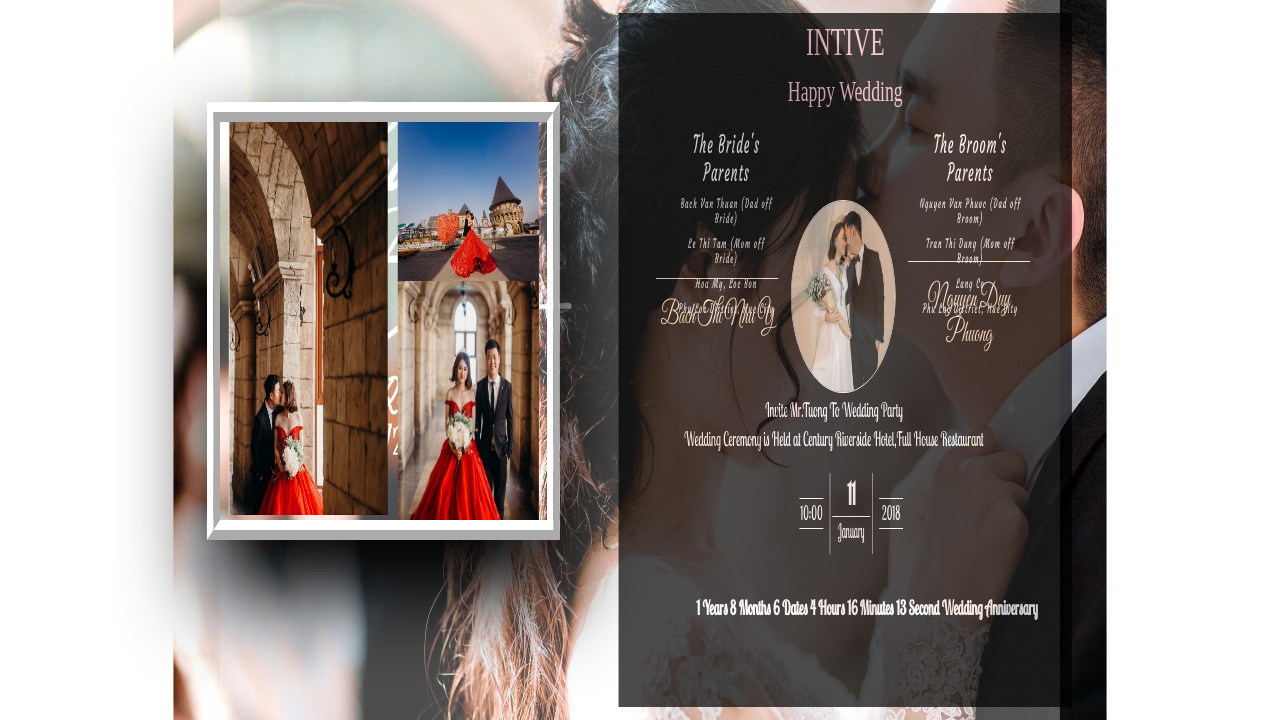
Repository: nguyenhuutuong999/WeddingOfSister
Page: index.html
An editor plug-in stored every save of this project. The page is shown before and after the next save, followed by the edit.
The browser window is 1280 px wide. The pictures show the whole page.
Some web fonts or font styles are not loaded; a fallback is used.

Above is the page before, as saved 2019-09-21 09:20:24.

### index.html
<!doctype html>
<html>

<head>
    <meta charset="utf-8">
    <meta name="viewport" content="width=device-width, initial-scale=1">
    <title>Wedding</title>

    <!-- Latest compiled and minified CSS & JS -->

    <link rel="stylesheet" href="./style.css">


    <!-- Latest compiled and minified CSS & JS -->
    <link rel="stylesheet" media="screen" href="//netdna.bootstrapcdn.com/bootstrap/3.3.4/css/bootstrap.min.css">
    <script src="//code.jquery.com/jquery.js"></script>
    <script src="//netdna.bootstrapcdn.com/bootstrap/3.3.4/js/bootstrap.min.js"></script>

    <link rel="stylesheet" href="./animate.css">
    <script type="text/javascript" src="./wow.min.js"></script>
    <script>
        new WOW().init();
    </script>

</head>


<body>
    <div id="container">
        <div id="opacity-background"></div>

        <div id="album">
            <img id="vh" name="image_vh" src="./images/vh1.jpg" class="wow fadeInLeft" data-wow-duration="1s">
            <img id="hh" name="image_hh" src="./images/hh1.jpg" class="wow fadeInRight" data-wow-duration="1s">
            <img id="s" name="image_s" src="./images/s1.jpg" class="wow fadeInUp" data-wow-duration="1s">
        </div>
        <div id="content">
            <h1 id="invite">INTIVE</h1>
            <h2 id="happy">Happy Wedding</h2>
            <div id="infor">
                <div id="bride" class="wedding">
                    <!-- // <label>Le Thi Thanh Ngan</label> -->
                    <h3>The Bride's Parents</h3>
                    <p>Bach Van Thuan (Dad off Bride)</p>
                    <p>Le Thi Tam (Mom off Bride)</p>
                    <p>Hoa My, Loc Bon</p>
                    <p>Phu Loc District, Hue City</p>

                </div>
                <div id="broom" class="wedding">
                    <!--  -->
                    <h3>The Broom's Parents</h3>
                    <p>Nguyen Van Phuoc (Dad off Broom)</p>
                    <p>Tran Thi Dung (Mom off Broom)</p>
                    <p>Lang Co</p>
                    <p>Phu Loc District, Hue City</p>

                </div>
                <!-- <canvas id="myCanvas" width="470" height="300"></canvas> -->

            </div>
            <div id="colorful">
                <h2 style="margin-left: 0px;" class="name">Bach Thi Nhu Y</h2>
                <img id="radius" src="./images/s1.jpg"  />
                <h2 style="margin-left: 0px;" class="name">Nguyen Duy Phuong</h2>
            </div>
            <div id="desc">
                <div style="color: white; position: relative; margin-top: 44%;">Invite Mr.Tuong To Wedding Party</div>
                <div id="place">Wedding Ceremony is Held at Century Riverside Hotel,Full House Restaurant</div>
                <div id="time">
                    <div id="hour" class="border1">10:00</div>
                    <div id="day-month">
                        <div id="day">11</div>
                        <div id="month">January</div>
                    </div>
                    <div id="year" class="border1">2018</div>
                </div>

            </div>
            <p id="countDown"></p>
        </div>

</body>

</html>
<script type="text/javascript">
    window.onload = function () {

        setTimeout("switchImageVH()", 5000);
        setTimeout("switchImageS()", 5000);
        setTimeout("switchImageHH()", 5000);
    }
    var current_vh = 1;
    var current_s = 1;
    var current_hh = 1;
    var num_image = 7;

    function switchImageVH() {
        current_vh++;
        document.images['image_vh'].src = './images/vh' + current_vh + '.jpg';

        if (current_vh < num_image) {
            setTimeout("switchImageVH()", 5000);

        } else if (current_vh == num_image) {

            current_vh = 1;
            setTimeout("switchImageVH()", 5000);
        }


    }
    function switchImageS() {
        current_s++;
        document.images['image_s'].src = './images/s' + current_s + '.jpg';

        if (current_s < num_image) {
            setTimeout("switchImageS()", 5000);

        } else if (current_s == num_image) {
            current_s = 1;
            setTimeout("switchImageS()", 5000);
        }
    }
    function switchImageHH() {
        current_hh++;
        document.images['image_hh'].src = './images/hh' + current_hh + '.jpg';

        if (current_hh < num_image) {
            setTimeout("switchImageHH()", 5000);

        } else if (current_hh == num_image) {
            current_hh = 1;
            setTimeout("switchImageHH()", 5000);
        }
    }

    var dateWedding = {
        year: 2018,
        month: 1,
        date: 11,
        hour: 9,
        minutes: 59,
        second: 59,
    }
    var dateAnniver = {
        year: 2018,
        month: 1,
        date: 11,
        hour: 24,
        minutes: 00,
        second: 00,
    }

    setInterval(function () {
        var today = new Date();

        // will be organization
        if (today.getFullYear() - dateWedding.year < 0) {
            if (today.getMonth() + 1 - dateWedding.month >= 0) {
                if (today.getDate() - dateWedding.date >= 0) {
                    var date = (today.getFullYear() - dateWedding.year + 1) + " Years " + (12 - (today.getMonth() + 1 - dateWedding.month) - 1) + " Months " + (30 - (today.getDate() - dateWedding.date)) + " Dates " + Math.abs((dateWedding.hour - today.getHours())) + " Hours " + Math.abs((today.getMinutes() - dateWedding.minutes)) + " Minutes " + (Math.abs(today.getSeconds() - dateWedding.second) + "Will be Organization");

                }
                else {
                    var date = ((today.getFullYear() - dateWedding.year + 1)) + " Years " + (12 - (today.getMonth() + 1 - dateWedding.month)) + " Months " + Math.abs((today.getDate() - dateWedding.date)) + " Dates " + Math.abs((dateWedding.hour - today.getHours())) + " Hours " + Math.abs((today.getMinutes() - dateWedding.minutes)) + " Minutes " + (Math.abs(today.getSeconds() - dateWedding.second) + " Will be Organization");

                }
            }
        }
        // anniversary
        if (today.getFullYear() - dateAnniver.year > 0) {
            if (today.getMonth() + 1 - dateAnniver.month >= 0) {
                if (today.getDate() - dateAnniver.date >= 0) {
                    var date = (today.getFullYear() - dateAnniver.year) + " Years " + (today.getMonth() + 1 - dateAnniver.month) + " Months " + (today.getDate() - dateAnniver.date) + " Dates " + (dateAnniver.hour - today.getHours()) + " Hours " + (today.getMinutes() - dateAnniver.minutes) + " Minutes " + (today.getSeconds() - dateAnniver.second + " Second Wedding Anniversary");

                } else {
                    var date = ((today.getFullYear() - dateAnniver.year)) + " Years " + (today.getMonth() - dateAnniver.month) + " Months " + (30 + today.getDate() - dateAnniver.date) + " Dates " + (dateAnniver.hour - today.getHours()) + " Hours " + (today.getMinutes() - dateAnniver.minutes) + " Minutes " + (today.getSeconds() - dateAnniver.second + " Second Wedding Anniversary");
                }
            }

            else if (today.getMonth() + 1 - dateAnniver.month < 0) {
                if (today.getDate() - dateAnniver.date < 0) {

                    var date = ((today.getFullYear() - dateAnniver.year) - 1) + " Years " + (12 + (today.getMonth() - dateAnniver.month)) + " Months " + (30 + today.getDate() - dateAnniver.date) + " Dates " + (dateAnniver.hour - today.getHours()) + " Hours " + (today.getMinutes() - dateAnniver.minutes) + " Minutes " + (today.getSeconds() - dateAnniver.second + " Second Wedding Anniversary");

                }
                else {
                    var date = ((today.getFullYear() - dateAnniver.year) - 1) + " Years " + (12 + (today.getMonth() - dateAnniver.month + 1)) + " Months " + (today.getDate() - dateAnniver.date) + " Dates " + (dateAnniver.hour - today.getHours()) + " Hours " + (today.getMinutes() - dateAnniver.minutes) + " Minutes " + (today.getSeconds() - dateAnniver.second + " Second Wedding Anniversary");
                    console.log("a")
                }
            }
        }

        if (today.getFullYear() - dateAnniver.year === 0) {
            if (today.getMonth() + 1 - dateAnniver.month >= 0) {
                if (today.getDate() - dateAnniver.date >= 0) {
                    var date = (today.getMonth() + 1 - dateAnniver.month) + " Months " + (today.getDate() - dateAnniver.date) + " Dates " + (dateAnniver.hour - today.getHours()) + " Hours " + (today.getMinutes() - dateAnniver.minutes) + " Minutes " + (today.getSeconds() - dateAnniver.second + " Second Wedding Anniversary");

                } else {

                    var date =(today.getMonth() - dateAnniver.month) + " Months " + (30 + today.getDate() - dateAnniver.date) + " Dates " + (dateAnniver.hour - today.getHours()) + " Hours " + (today.getMinutes() - dateAnniver.minutes) + " Minutes " + (today.getSeconds() - dateAnniver.second + " Second Wedding Anniversary");
                }
            }
            else if (today.getMonth() + 1 - dateAnniver.month < 0) {
                if (today.getDate() - dateAnniver.date < 0) {
                    var date =(Math.abs((today.getMonth()+1 - dateAnniver.month))) + " Months " + Math.abs((today.getDate() - dateAnniver.date)) + " Dates " + (dateAnniver.hour - today.getHours()) + " Hours " + (today.getMinutes() - dateAnniver.minutes) + " Minutes " + (today.getSeconds() - dateAnniver.second + " Will be Organization");
                }
                else {
                    var date =(Math.abs((today.getMonth()+1 - dateAnniver.month)))-1 + " Months " + (30-(today.getDate() - dateAnniver.date)) + " Dates " + (dateAnniver.hour - today.getHours()) + " Hours " + (today.getMinutes() - dateAnniver.minutes) + " Minutes " + (today.getSeconds() - dateAnniver.second + " Will be Organization");
                    console.log("a")
                }
            }
        }

        document.getElementById("countDown").innerHTML = date;
    }, 1000);



    // var canvas = document.getElementById('myCanvas');
    // var context = canvas.getContext('2d');

    // // Xác đinh tâm là trọng tâm của Canvas
    // var x = canvas.width / 2;
    // var y = canvas.height / 2;

    // // bán kính 75px
    // var radius = 130;

    // // Góc bắt đầu là 1.1PI
    // var startAngle = 1.1 * Math.PI;

    // // Góc kết thúc là 1.9PI
    // var endAngle = 1.9 * Math.PI;

    // // Cùng chiều kim đồng hồ
    // var counterClockwise = false;

    // // Vẽ đường cung
    // context.beginPath();
    // context.arc(x, y, radius, startAngle, endAngle, counterClockwise);
    // context.lineWidth = 1.5;

    // // line color
    // context.strokeStyle = 'blanchedalmond';
    // context.stroke();


</script>

### style.css
@import url('https://fonts.googleapis.com/css?family=Great+Vibes&display=swap');
@import url('https://fonts.googleapis.com/css?family=Cookie&display=swap');
@import url('https://fonts.googleapis.com/css?family=Courgette&display=swap');
@import url('https://fonts.googleapis.com/css?family=Berkshire+Swash|Great+Vibes&display=swap');
@import url('https://fonts.googleapis.com/css?family=Lobster+Two&display=swap');
body,html{
    top:0;
    margin: 0;
    padding: 0;
    font-family: Impact, Haettenschweiler, 'Arial Narrow Bold', sans-serif;
    width: 100%;
    height: 100%;
}
* {
    transform: scale(0.9, 1.0)
}
#container{
    display: flex;
    background-image: url("./images/wedding6.jpg.png");
    background-repeat: repeat;
    background-size: cover;
    width: 100%;
    height: 100%;
    position: relative;
}
#opacity-background{

    position: absolute;
    top: 0;
    left: 0;
    width: 100%;
    height: 100%;
    background:white;
    opacity: 0.3;

}

#content{

    position: relative;
    background: rgb(0, 0, 0);
    opacity: 0.7;
    width: 59%;
    float: left;
    margin: 1% 1% 1% 45%;

}
#album {
    margin: 8% 1.5% 0 1.5%;
    width: 42%;
    position: absolute;
    box-shadow: 10px 50px 100px 10px black;
    border: 20px ridge #ffffff;
}

#vh{
    width: 54%;
    position: absolute;

}
#hh{
    width: 48%;
    margin-left: 52%;

}
#s{
    width: 48%;
    margin-left: 52%;

}


#invite{
    font-family: 'Berkshire Swash', cursive;
    color: pink;
    text-align: center;
    font-size: 40px;
    margin-top: 1%;
}
#happy{
    font-family: 'Berkshire Swash', cursive;
    color: pink;
    text-align: center;
    margin-top: 1%;
}
#infor{
    color: white;
    font-family: 'Courgette', cursive;
    font-size: 13px;
    display: flex;
    position: absolute;
    padding: 2% 4%;
    width: 100%;
}
.wedding{
    width: calc(100%/2);
    letter-spacing: 2px;
    text-align: center;
    line-height: 15px;
    margin-top: -20px
}
.wedding h3{
    font-size: 25px;
}
#colorful{
    color: white;
    font-family: 'Great Vibes', cursive;
    display: flex;
    margin-top: 0px;
    position: absolute;
    text-align: center;
    width: 95%;
    align-items: center;
    margin-top: 12%;
    margin-left: 2%;

}
.name{
    border-style: solid;
    border-width: 1px 0 0 0;
    padding:  20px 0;
    margin-top: 50px;
    color: blanchedalmond;
    width: 35%;
    font-size: 32px;
}
#radius{
    border-radius: 100%;
    border: solid 1.5px white;
    width: 30%;
}

#desc{
    position: relative;
    color: white;
    font-family: 'Lobster Two', cursive;
    font-size: 20px;
    margin-top: 00%;
    text-align: center;
    width: 95%;
}



#time{
    display: flex;
    position: relative;
    width: 40%;
    margin-left: 38%;
}
#hour{
    margin: 45px 5px;
}

#year{

    margin: 45px 5px;
}
.border1{
    border-style: solid;
    border-width: 0.1px 0;
    width: 50px;
}
#day-month{
    border-style: solid;
    border-width: 0 1.5px;
    width: 90px;
    margin: 20px 0;
}
#day{
    border-style: solid;
    border-width: 0 0 1px 0;
    width: 100%;

    font-size: 30px;
    font-weight: bold;
}
/* #myCanvas{
    position: absolute;
    margin-top: 110px;
    margin-left: 185px;


} */

#bride{
    margin-left: 10px;
}
#broom{
    margin-left: 200px;
}
#countDown{
    position: relative;
    font-family: 'Lobster Two', cursive;
    color: white;
    text-align: right;
    font-size: 20px;
    font-weight: bold;
    margin-top: 0%;

    padding: 20px;
}

@media only screen and (max-width: 600px) {

    #container{
        display: inline-block;
        background-image: url("./images/wedding5.jpg");
        background-repeat: repeat;
        background-size: cover;
        width: 100%;
        height: 100%;
        position: relative;
    }
    #invite{

        margin-top: 0px;
        padding: 5px;
        font-size: 1em;
    }
    #happy{
        font-size: 0.8em;
        margin-top: -10px;
    }
    #infor{
        margin-top: -30px;
        font-size: 5px;
        padding: 5px 10px;
    }
    .wedding h3{
        font-size: 10px;
    }
    .wedding{
        width: calc(100%);
        letter-spacing: 0.5px;
        font-size: 6px;
        line-height: 0.5px;
    }

    #bride{
        margin-left: 0px;
    }
    #broom{
        margin-left: 70px;
    }
    #colorful{
        width: 95%;
        margin-top: 5%;
        margin-left: 2%;

    }
    .name{
        padding:  10px 0;
        font-size: 12px;
    }
    #radius{
        border: solid 0.5px white;
    }

    #desc{
        position: relative;
        color: white;
        font-family: 'Lobster Two', cursive;
        font-size: 10px;
        margin-top: 30%;
        text-align: center;
        width: 95%;
    }

    #time{
        display: flex;
        position: relative;
        width: 40%;
        margin-left: 35%;
        margin-top: -30px;
        font-size: 7px;
    }
    #hour{
        margin: 45px 5px;
        width: 20%;
    }

    #year{
        width: 20%;
        margin: 45px 5px;
    }

    #day-month{
        border-width: 0 1px;
        width: 40px;
        margin: 35px 0;
    }
    #day{
        width: 100%;
        font-size: 10px;

    }
    #countDown{

        font-size: 8px;
        margin-top: -5%;
    padding: 5px;

    }
    #content{

        position: relative;
        background: rgb(0, 0, 0);
        opacity: 0.7;
        width: 92%;
        margin: 4%;

    }
    #album {
        margin: 4%;
        width: 92%;
        position: absolute;
        margin-top: 85%;
        box-shadow: 10px 50px 100px 10px black;
        border: 15px ridge #ffffff;
    }

    #vh{
        width: 53%;

        position: absolute;

    }
    #hh{
        width: 48%;

        margin-left: 52%;

    }
    #s{
        width: 48%;
        margin-left: 52%;

    }


  }

  @media only screen and (min-width: 1800px) {

    #container{
        display: flex;
        background-image: url("./images/wedding6.jpg.png");
        background-repeat: repeat;
        background-size: cover;
        width: 100%;
        height: 100%;
        position: relative;
    }
    #opacity-background{

        position: absolute;
        top: 0;
        left: 0;
        width: 100%;
        height: 100%;
        background:white;
        opacity: 0.3;

    }

    #content{

        position: relative;
        background: rgb(0, 0, 0);
        opacity: 0.7;
        width: 59%;
        float: left;
        margin: 1% 1% 1% 45%;

    }
    #album {
        margin: 8% 1.5% 0 1.5%;
        width: 42%;
        position: absolute;
        box-shadow: 10px 50px 100px 10px black;
        border: 20px ridge #ffffff;
    }

    #vh{
        width: 54%;
        position: absolute;

    }
    #hh{
        width: 48%;
        margin-left: 52%;

    }
    #s{
        width: 48%;
        margin-left: 52%;

    }


    #invite{
        font-family: 'Berkshire Swash', cursive;
        color: pink;
        text-align: center;
        font-size: 70px;
    }
    #happy{
        font-family: 'Berkshire Swash', cursive;
        color: pink;
        text-align: center;
        font-size: 50px;
    }
    #infor{
        color: white;
        font-family: 'Courgette', cursive;
        font-size: 18px;
        display: flex;
        position: absolute;
        padding: 2% 4%;
        width: 100%;
    }
    .wedding{
        width: calc(100%/2);
        letter-spacing: 2px;
        text-align: center;
        line-height: 25px;
    }
    .wedding h3{
        font-size: 30px;
    }
    #colorful{
        color: white;
        font-family: 'Great Vibes', cursive;
        display: flex;
        margin-top: 0px;
        position: absolute;
        text-align: center;
        width: 95%;
        align-items: center;
        margin-top: 13%;
        margin-left: 2%;

    }
    .name{
        border-style: solid;
        border-width: 1px 0 0 0;
        padding:  20px 0;
        margin-top: 50px;
        color: blanchedalmond;
        width: 35%;
        font-size: 35px;
    }
    #radius{
        border-radius: 100%;
        border: solid 1.5px white;
        width: 30%;
    }

    #desc{
        position: relative;
        color: white;
        font-family: 'Lobster Two', cursive;
        font-size: 30px;
        margin-top: 00%;
        text-align: center;
        width: 95%;
    }



    #time{
        display: flex;
        position: relative;
        width: 50%;
        margin-left: 35%;
    }
    #hour{
        width:80px;
        margin: 80px 15px;
    }

    #year{
        width:80px;
        margin: 80px 5px;
    }

    #day-month{
        border-style: solid;
        border-width: 0 1.5px;
        width: 27%;
        margin: 30px 0;
    }
    #day{
        border-style: solid;
        border-width: 0 0 1px 0;
        width: 100%;
        font-size: 60px;
        font-weight: bold;
    }
    /* #myCanvas{
        position: absolute;
        margin-top: 110px;
        margin-left: 185px;


    } */

    #bride{
        margin-left: 10px;
    }
    #broom{
        margin-left: 200px;
    }
    #countDown{
        position: relative;
        font-family: 'Lobster Two', cursive;
        color: white;
        text-align: right;
        font-size: 20px;
        font-weight: bold;
        margin-top: 0%;
        font-style: italic;
        padding: 20px;
    }


  }

Loaded but not shown: animate.css (library); wow.min.js (library)

After the next save:
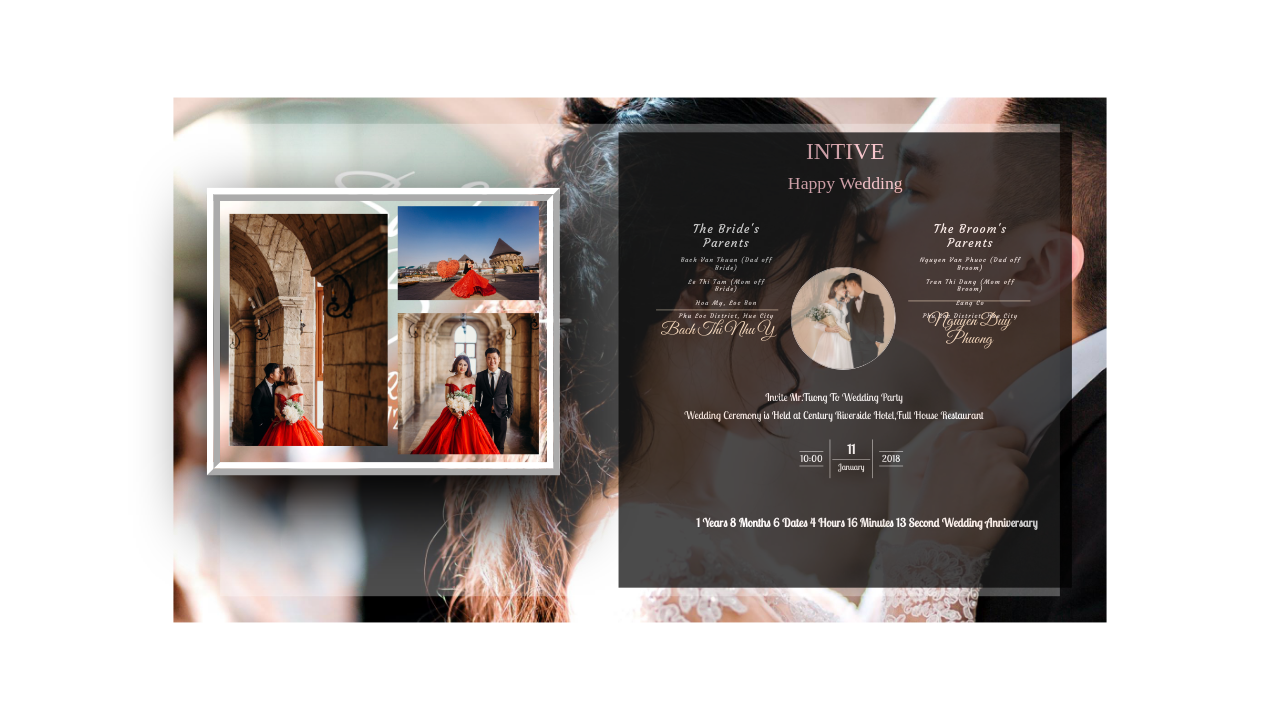
Saved 6 s later.
--- a/style.css
+++ b/style.css
@@ -12,7 +12,7 @@ body,html{
     height: 100%;
 }
 * {
-    transform: scale(0.9, 1.0)
+    transform: scale(0.9, 0.9)
 }
 #container{
     display: flex;
